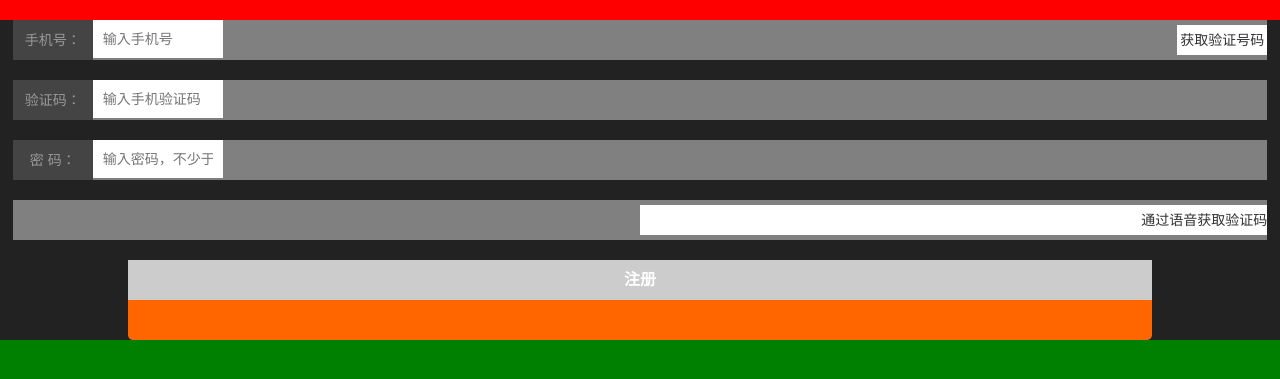
Repository: wangxinjun08231116/Html5Views
Page: WangXinJun/WebContent/htmls/QCF/ZhuCe.html
An editor plug-in stored every save of this project. The page is shown before and after the next save, followed by the edit.
The browser window is 1280 px wide. The pictures show the whole page.

Above is the page before, as saved 2015-01-22 06:46:41.

### WangXinJun/WebContent/htmls/QCF/ZhuCe.html
<!DOCTYPE HTML>
<html>
<head>
<meta http-equiv="Content-Type" content="text/html; charset=utf-8">
<title>test</title>
 <link href="/WangXinJun/css/QCF/ZhuCe.css" rel="stylesheet" type="text/css"/>
 <style type="text/css">
	.topmargin {
		margin-top: 0px;
	}
</style>

</head>


<body>
<!-- div 默认有高度为0 ，body是有最小高度的 ， html 是整个页面的高度 -->
<div class="page" >
	  <div class="phoneNumberDiv" >
	 			    <p class="text-pan"> 手机号： </p>
	                <input id="verifyCode" class="text-box" type="tel" maxlength="4" placeholder="输入手机号" data-value="输入手机号" onkeyup="checkfade2(this)">
	                <a class="yanZhengBt">获取验证号码</a>
	  </div>

	   <div class="yanZhengNumberDiv" >
	   	 	 <p class="text-pan"> 验证码： </p>
              <input id="verifyCode" class="text-box" type="tel" maxlength="4" placeholder="输入手机验证码" data-value="输入手机验证码" onkeyup="checkfade2(this)">
	  </div>

	  <div class="passwordNumberDiv" >
	  	   	 	 <p class="text-pan"> 密 码： </p>
                 <input id="verifyCode" class="text-box" type="tel" maxlength="4" placeholder="输入密码，不少于6位" data-value="输入密码，不少于6位" onkeyup="checkfade2(this)">
	  </div>
	  <div  class="passwordNumberDiv">
	  		<p class="yuyinYanZhengPan"> 通过语音获取验证码 </p>
	  </div>

	 <div  class="zhuCeDiv">
			<a class="zhuCeA"> 注册 </a>
	  </div>




<!--

      <div class="phoneNumber" >

	  </div>
	  <div class="yanZhengNumber" >

	  </div>

  -->

</div>

</body>
</html>

### WangXinJun/WebContent/css/QCF/ZhuCe.css
* {margin:0;padding:0;}
html{
	background-color:green;
}

body {
    background-color: #f0f0f0;
    font-size: 12px;
   	width:100%;
	background-color:red;
	/*内边距20  */
	padding-top:20px;


}
/*自己的尺寸，对齐中的元素进行计算，但是不计算最后的元素的下边距  */
.page {
	width:100%;
    background-color: #222;
    color: #333;
    font-family: "Microsoft Yahei","Simsun",Helvetica,Arial,sans-serif;
}
.phoneNumberDiv{
	height:40px;
	width:98%;
    background-color:gray;
    /*不可设置，margin:20px auto;不然body会下来。
      第一行设置有问题。
     */
	margin:0px auto;
    /* 上下外边距20px,左右自动适应，居中。 */
}

.yanZhengNumberDiv{
    font-size: 12px;
	height:40px;
	width:98%;
    background-color:gray;
    /* 上下外边距20px,左右自动适应，居中。 */
	margin:20px auto;
}
.yanZhengBt{
	/*不是自动布局了，有尺寸，有位置了  */
	float: right;
	height:30px;
	font-size: 14px;
	line-height:30px;
	width:90px;
    background-color:white;
    /* 上下外边距20px,左右自动适应，居中。 */
	margin-left:10px;
	margin-top:5px;
	vertical-align:middle;
	text-align:center;
}
.yuyinYanZhengPan{
	float: right;
	height:30px;
	font-size: 14px;
	line-height:30px;
	width:50%;
    background-color:white;
    /* 上下外边距20px,左右自动适应，居中。 */
	margin-left:10px;
	margin-top:5px;
	text-align:right;
}


.passwordNumberDiv{
	height:40px;
	width:98%;
    background-color:gray;
    /* 上下外边距20px,左右自动适应，居中。 */
	margin:20px auto;
}

.text-pan {
	float:left;
    color: #999;
    background-color: #444;
    font-size: 14px;
    width: 80px;
    height: 40px;
    line-height:40px;
   	text-align:center;


}
.text-box {
	float:left;
    border: medium none;
    color: #999;
    background-color: #fff;
    font-size: 14px;
    height: 38px;
    width: 110px;
    padding: 0 10px;
}
/*注册  */

.zhuCeDiv{
	width : 80%;
	height : 80px;
	line-height: 40px;
	background-color: #f60;
    border-radius: 5px;
    color: #fff;
    font-size: 16px;
    font-weight: bold;
    text-align: center;
    /* 上下外边距20px,左右自动适应，居中。 */
	margin:20px auto;

}

/*display：block；比较常用于<a><span>这两个标签——因为这两个标签非块元素，如果不用display：block定义一下，
那么定义width、height等和长宽相关的css属性时会发现完全不生效。你可以实际写几行简单代码感受一下。  */
.zhuCeA{
/* 	position:relative;
	margin-top:5px;
	margin-left:3px;
	margin-right:4px;
	margin-bottom:6px;
	上边距是相对于 上面的元素。
 */
/*  	position:absolute; */
	background-color: #ccc;
    display: block;
}

After the next save:
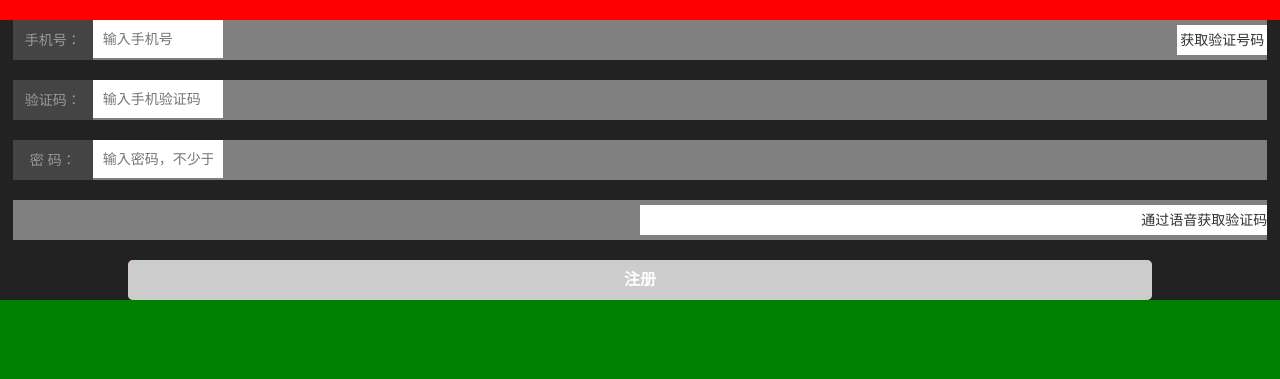
Saved 63 s later.
--- a/WangXinJun/WebContent/css/QCF/ZhuCe.css
+++ b/WangXinJun/WebContent/css/QCF/ZhuCe.css
@@ -101,7 +101,7 @@ body {
 
 .zhuCeDiv{
 	width : 80%;
-	height : 80px;
+	height : 40px;
 	line-height: 40px;
 	background-color: #f60;
     border-radius: 5px;
@@ -125,6 +125,7 @@ body {
 	上边距是相对于 上面的元素。
  */
 /*  	position:absolute; */
+    border-radius: 5px;
 	background-color: #ccc;
     display: block;
 }
